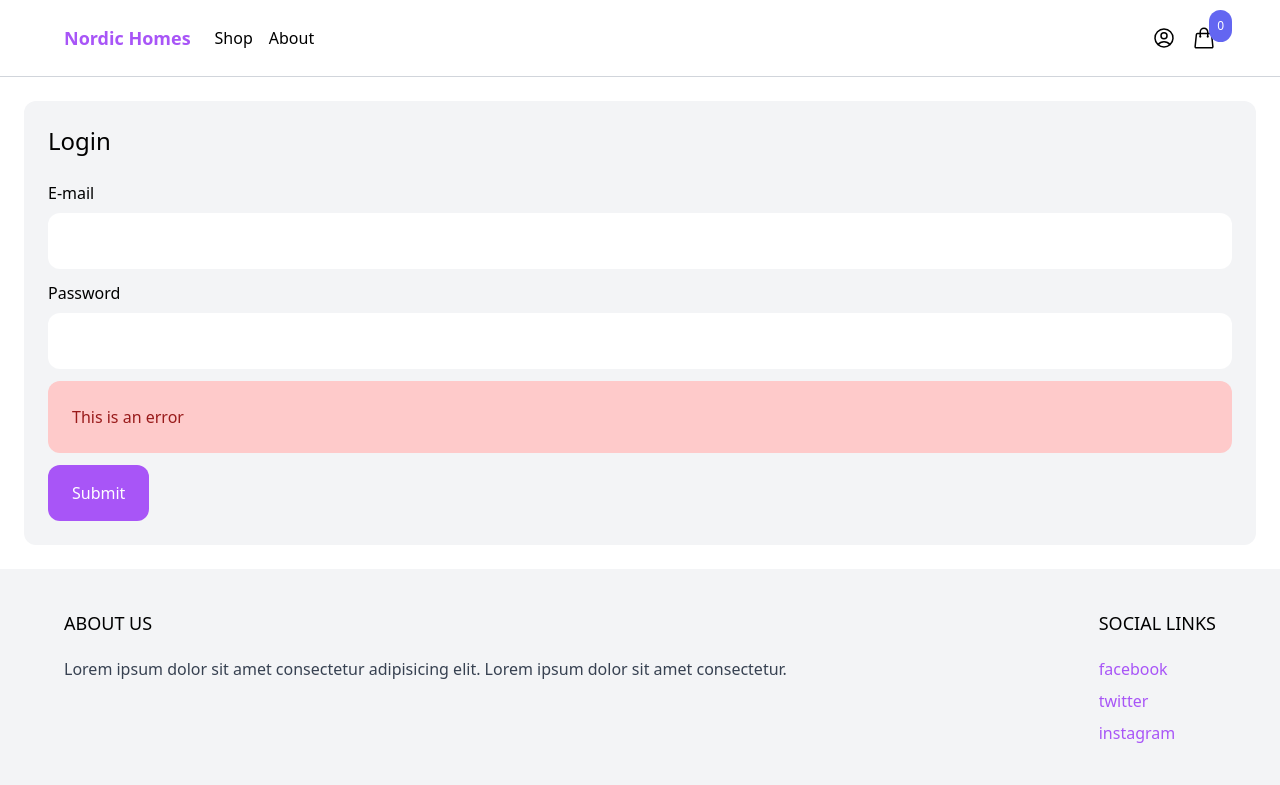
Repository: Calin224/NordicHomes
Page: core/templates/core/login.html
The author's editor kept a copy of each file at every save. The page is drawn from the files as they stood at one save, then again after the next save.
The browser window is 1280 px wide. The pictures show the whole page.
Some web libraries are served in a nearby version. The template is drawn by Django 4.2. The application's start-up code is not run. The template is opened directly, without the code that normally fills it, so the values that code supplies are empty.

Above is the page before, as saved 2023-02-16 20:23:13.

After the next save:
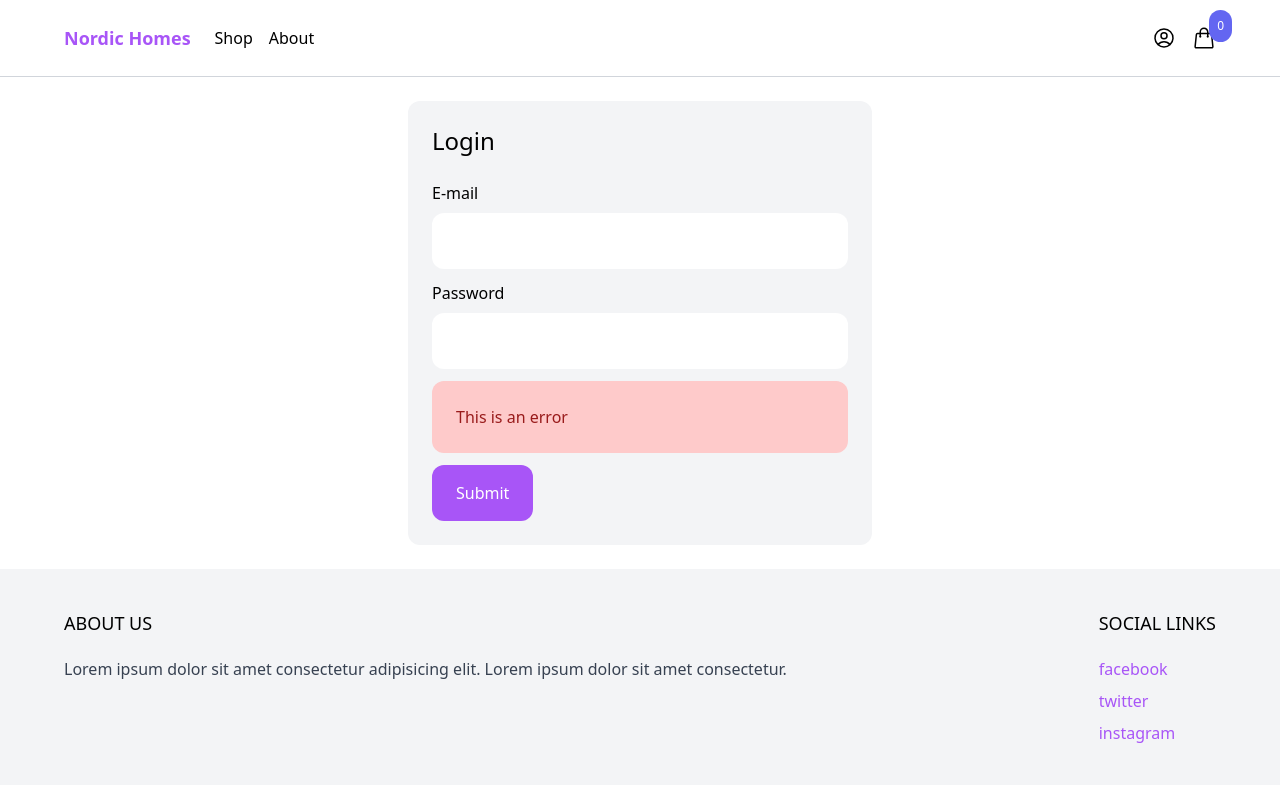
Saved 32 s later.
--- a/core/templates/core/login.html
+++ b/core/templates/core/login.html
@@ -2,7 +2,7 @@
 
 {% block content %}
 
-<div class="max-2-lg mx-auto flex flex-wrap p-6">
+<div class="max-w-lg mx-auto flex flex-wrap p-6">
     <div class="w-full bg-gray-100 p-6 rounded-xl">
         <h1 class="mb-6 text-2xl">Login</h1>
 
